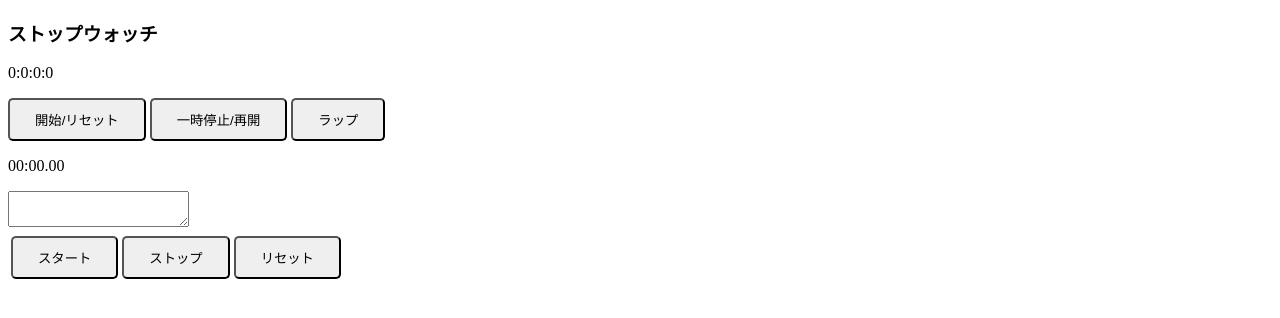
Repository: syokaturyou/potepan
Page: stop.html
The author's editor kept a record of every edit. The page is drawn from the files as they stood at one moment, then again after the next edit.
The browser window is 1280 px wide. The pictures show the whole page.

Above is the page before.

### stop.html
   <!DOCTYPE html>
    <html lang="en">
      <head>
        <meta charset="utf-8">
        <!--<script src="https://code.jquery.com/jquery-3.2.1.js" integrity="sha256-DZAnKJ/6XZ9si04Hgrsxu/8s717jcIzLy3oi35EouyE=" crossorigin="anonymous"></script>  -->
        <link rel="stylesheet" href="css/main.css">
        <title>ストップウォッチ</title>
        <script src="javascript/jquery.min.js"></script>
        <script type="text/javascript" src="javascript/main.js" charset="utf-8"></script>
      </head>

      <body>
        <h3>ストップウォッチ</h3>

       <table>
          <tr>
            0:0:0:0
          </tr>
          <tr>
            <th><button class="buttona">スタート</button></th>
            <th><button class="buttonb">ストップ</button></th>
            <th><button class="buttonc">リセット</button></th>
          </tr>

          <p><button id="start">開始/リセット</button>
             <button id="pause">一時停止/再開</button>
             <button id="wrap">ラップ</button>
          </p>
          <p id="watchArea"></p>
          <textarea id="wrapArea"></textarea>
        </table>

      </body>
    </html>

### css/main.css
table{
  background-color: white;
}
 input {
  padding: 10px 25px;
  border-radius: 5px;
}
 button{
  padding: 10px 25px;
  border-radius: 5px;
 }

 .display {
  width: 250px;
  text-align: right; /* 文字を右詰めに */
  background: black;
  color: white;
}

### javascript/main.js

    //  function get_calc(btn) {
    //   if(btn.value == "=") {
    //     document.dentaku.display.value = eval(document.dentaku.display.value);
    //   } else if (btn.value == "AC") {
    //     document.dentaku.display.value = "";
    //   } else {
    //     document.dentaku.display.value += btn.value;
    //   }
    // };

    //   function get_calc(btn) {
    //   if(btn.value == "=") {
    //     document.dentaku.display.value = eval(document.dentaku.display.value);
    //   } else if (btn.value == "AC") {
    //     document.dentaku.display.value = "";
    //   } else {
    //     if (btn.value == "×") {
    //       btn.value = "*";
    //     } else if (btn.value == "÷") {
    //       btn.value = "/";
    //     }
    //     document.dentaku.display.value += btn.value;
    //     document.dentaku.multi_btn.value = "×";
    //     document.dentaku.div_btn.value = "÷";
    //   }
    // };

     // $(document).ready(function(){
  //     $(".button0").click(function() {
  //     let value = $(".button0").text(); //テキストを取得し変数に入れています
  //     $(".target").text(value); //テキストを変更する処理
  //     });

  //     $(".button1").click(function() {
  //     let value1 = 1;
  //     let value = value + value1
  //     $(".target").text(value);
  //     });

  //     $(".button2").click(function() {
  //     let value2 = 2;
  //     let value = value + value2
  //      $(".target").text(value);
  //     });

  //     $(".button3").click(function() {
  //     let value = 3;
  //      $(".target").text(value);
  //     });

  //     $(".button4").click(function() {
  //     let value = 4;
  //      $(".target").text(value);
  //     });

  //     $(".button5").click(function() {
  //     let value = $(".button5").number();
  //      $(".target").number(value);
  //     });

  //     $(".button6").click(function() {
  //     let value = $(".button6").text();
  //      $(".target").text(value);
  //     });

  //     $(".button7").click(function() {
  //     let value = $(".button7").text();
  //      $(".target").text(value);
  //     });

  //     $(".button8").click(function() {
  //     let value = $(".button8").text();
  //      $(".target").text(value);
  //     });

  //     $(".button9").click(function() {
  //     let value = $(".button9").text();
  //      $(".target").text(value);
  //     });

  //     $(".buttonreset").click(function() {
  //      $(".target").text(0);
  //     });

  // });

  function update( _v ) {
        document.querySelector( 'input' ).value = _v // input tag を更新する関数
    }
  function append( _v ) {
        document.querySelector( 'input' ).value += _v // 数字ボタンが押されたので数字を後ろに追加する
    }
  function calc() {
        const v = document.querySelector( 'input' ).value // 「＝」ボタンが押されたので計算する
    try {
        const f = new Function( 'return ' + v )
        update( f().toString() )
        } catch( _error ) {
          update( _error ) // 計算に失敗した場合は、そのエラーの内容を表示する
        }
    }




  "use strict";

window.addEventListener( "DOMContentLoaded" , ()=> {
    /**
     * @param watchCallBack 経過時間報告用コールバック
     * @param wrapCallBack ラップ報告用コールバック
     */
    const getStopWatch = function ( watchCallBack , wrapCallBack ){
        let accumulatedTime = 0,    // 積算時間
            currentTime=null,       // タイマー開示タイムスタンプ
            timerId=null;           // setInterval() の返り値

            // リセット処理
        const reset = () =>{
            timerOff(); accumulatedTime = 0; currentTime=null;
                // リセットされたことをnullで通知
            watchCallBack( null ); wrapCallBack ( null );
        };
            // 開始処理
        const start = () =>{ currentTime = Date.now();timerOn(); };
            // 一時停止処理
        const pause = () =>{
                // これまでの経過時間を退避
            accumulatedTime = getNowTime();
            timerOff();
            currentTime = null;
        };
            // 再開処理
        const resume = () =>start();
            // ラップ報告処理
        const wrap = () =>wrapCallBack( getNowTime() );
            // 経過時間の算出
        const getNowTime = () =>accumulatedTime + Date.now() - currentTime;

            // タイマー停止処理
        const timerOff = () => {
            if( timerId === null ) return;
            clearInterval(timerId);
            timerId = null;
        };
            // タイマー開始処理
        const timerOn = () => {
            if( timerId !== null ) clearTimeout(timerId);
            timerId = setInterval(()=>watchCallBack( getNowTime() ),10);
        };

        reset();

            // 必要な機能だけ返す
        return Object.freeze({
            start:()=> currentTime === null && accumulatedTime === 0 ?   start()  : reset(),
            pause:()=> currentTime === null ? ( accumulatedTime === 0 ? false : resume() ) : pause(),
            wrap:()=> currentTime === null ?  false : wrap(),
        });
    };

        // ミリ秒を画面表示する形式に変換
    const timeString = time =>`${
        Math.floor(time / 60000).toString().padStart(2,"00")
    }:${
        Math.floor(time % 60000 / 1000).toString().padStart(2,"00")
    }.${
        Math.floor(time % 1000).toString().padStart(3,"000").slice(0,2)
    }`;

    const watchArea = document.getElementById("watchArea");
    const wrapArea = document.getElementById("wrapArea");

    const stopWatchObj = getStopWatch(
         time => watchArea.textContent = time === null ? "00:00.00" : timeString( time ) ,
         time => wrapArea.value = time === null ? "" : wrapArea.value + "\n" + timeString( time )
    );

    const buttonDefine = [
            { id:"start" , listener:()=>stopWatchObj.start() },
            { id:"pause" , listener:()=>stopWatchObj.pause() },
            { id:"wrap"  , listener:()=>stopWatchObj.wrap()  }
        ];
    buttonDefine.forEach( e => document.getElementById(e.id).addEventListener("click",e.listener));
});

Loaded but not shown: javascript/jquery.min.js (library)

After the next edit:
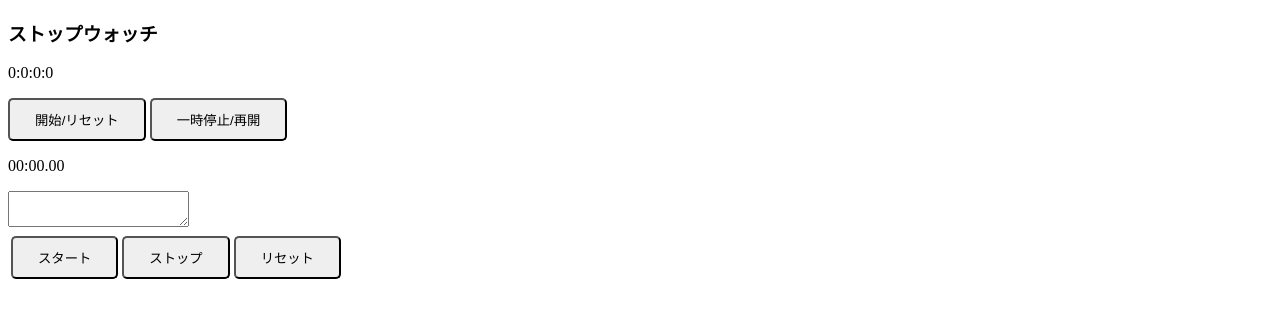
Console error: TypeError: Cannot read properties of null (reading 'addEventListener')
The edit:
--- a/stop.html
+++ b/stop.html
@@ -24,7 +24,7 @@
 
           <p><button id="start">開始/リセット</button>
              <button id="pause">一時停止/再開</button>
-             <button id="wrap">ラップ</button>
+             <!--<button id="wrap">ラップ</button>-->
           </p>
           <p id="watchArea"></p>
           <textarea id="wrapArea"></textarea>
